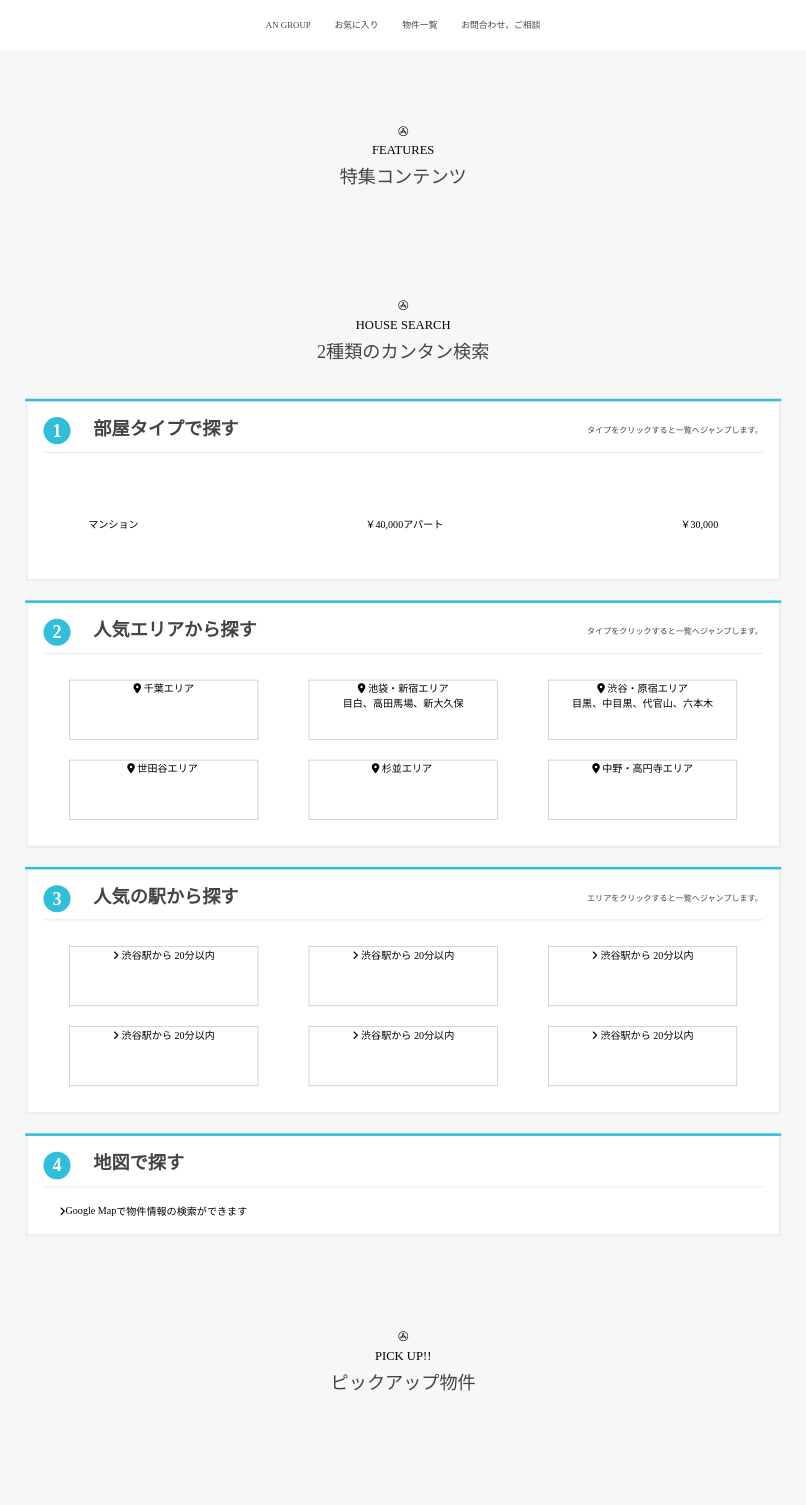
Repository: ninhdavid/real-estate
Page: index.html
These files come from the project's save history. The page is drawn as it stood at one moment and after the next save; the edit follows.
The browser window is 1280 px wide. The pictures show the whole page, at 63% of full size.
Some web libraries are served in a nearby version. The style sheet was rebuilt from its Sass, Less or Tailwind sources for each picture, by a compiler version that may differ from the author's.

Above is the page before, as saved 2022-05-13 22:53:48.

After the next save:
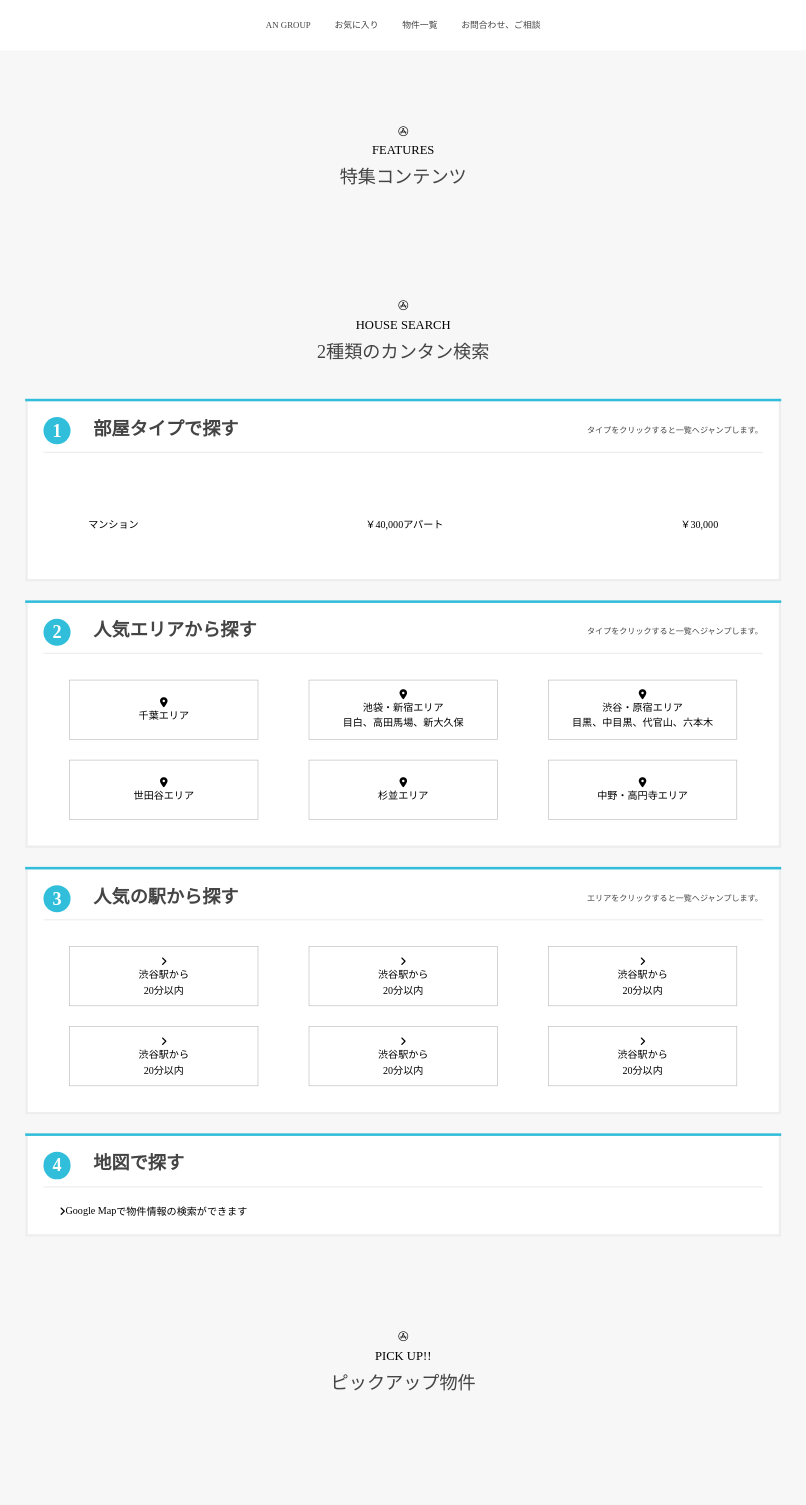
Saved 8 s later.
--- a/css/main.scss
+++ b/css/main.scss
@@ -150,7 +150,7 @@
     width: 500px;
     height:150px;
     position: relative;
-    // display:flex;
+    display:flex;
     justify-content: center;
     align-items: center;
     flex-direction: column;
